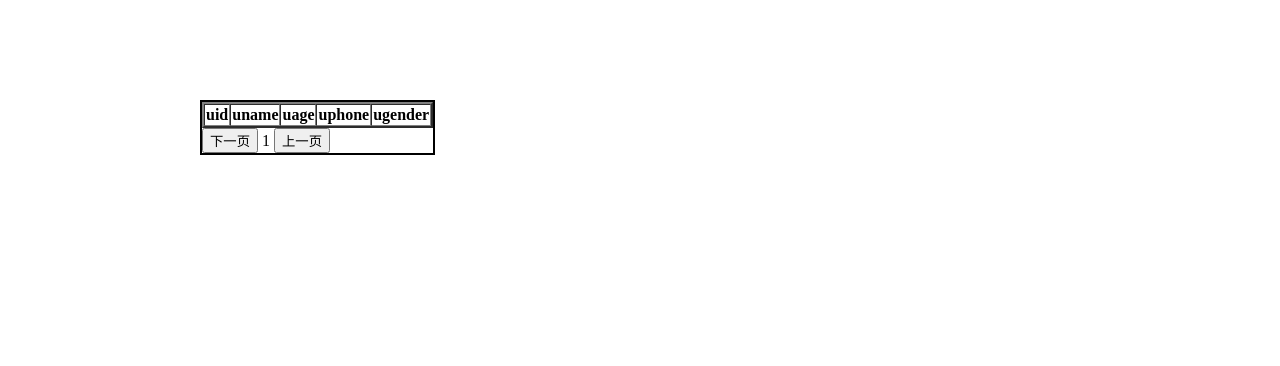
Repository: tian7815/1.25_fenye
Page: http://localhost/Day08/AdminServlet
The author's editor kept a copy of each file at every save. The page is drawn from the files as they stood at one save, then again after the next save.
The browser window is 1280 px wide. The pictures show the whole page.
The page is served by Tomcat 9. Queries for data that is not in the repository find no rows.

Above is the page before, as saved 2021-01-25 03:29:23.

After the next save:
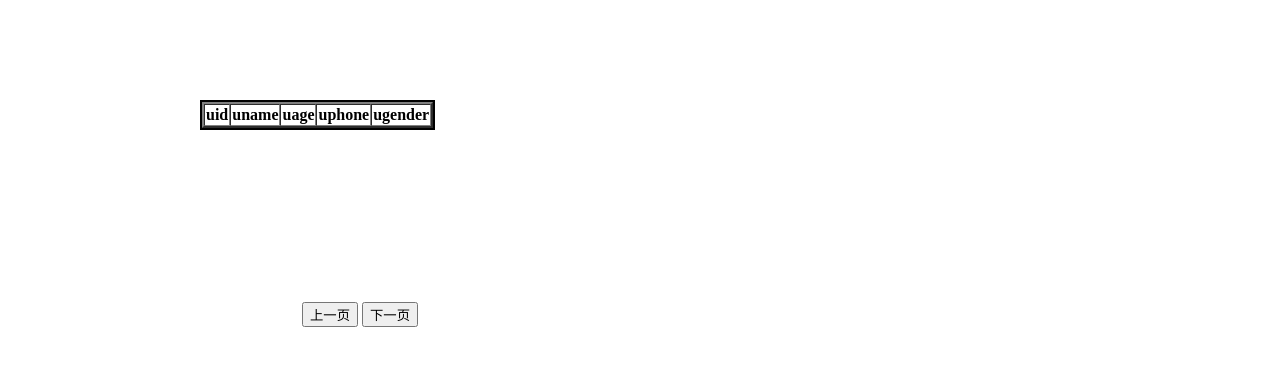
Saved 2 h 7 min later.
--- a/web5/Day08/WebRoot/WEB-INF/jsp/FenYe.jsp
+++ b/web5/Day08/WebRoot/WEB-INF/jsp/FenYe.jsp
@@ -26,6 +26,21 @@ String basePath = request.getScheme()+"://"+request.getServerName()+":"+request.
           top: 100px;
           border: 2px solid black;
        }
+       #right{
+          position: absolute;
+          left: 160px;
+          top: 200px;
+       }
+        #left{
+          position: absolute;
+          left: 100px;
+          top: 200px;
+       }
+        #lb{
+          position: absolute;
+          left: 140px;
+          top: 200px;
+       }
     </style>
     <%
          List<User> userList = (List<User>) request.getAttribute("list");
@@ -52,9 +67,9 @@ String basePath = request.getScheme()+"://"+request.getServerName()+":"+request.
          </tr>
        <%} %>
     </table>
-    <input type="submit" value="下一页">
-    <label>1</label>
-    <input type="submit" value="上一页">
+    <input id="right" type="submit" value="下一页">
+    <label id="lb">1</label>
+    <input id="left" type="submit" value="上一页">
   </div>
   </body>
 </html>
